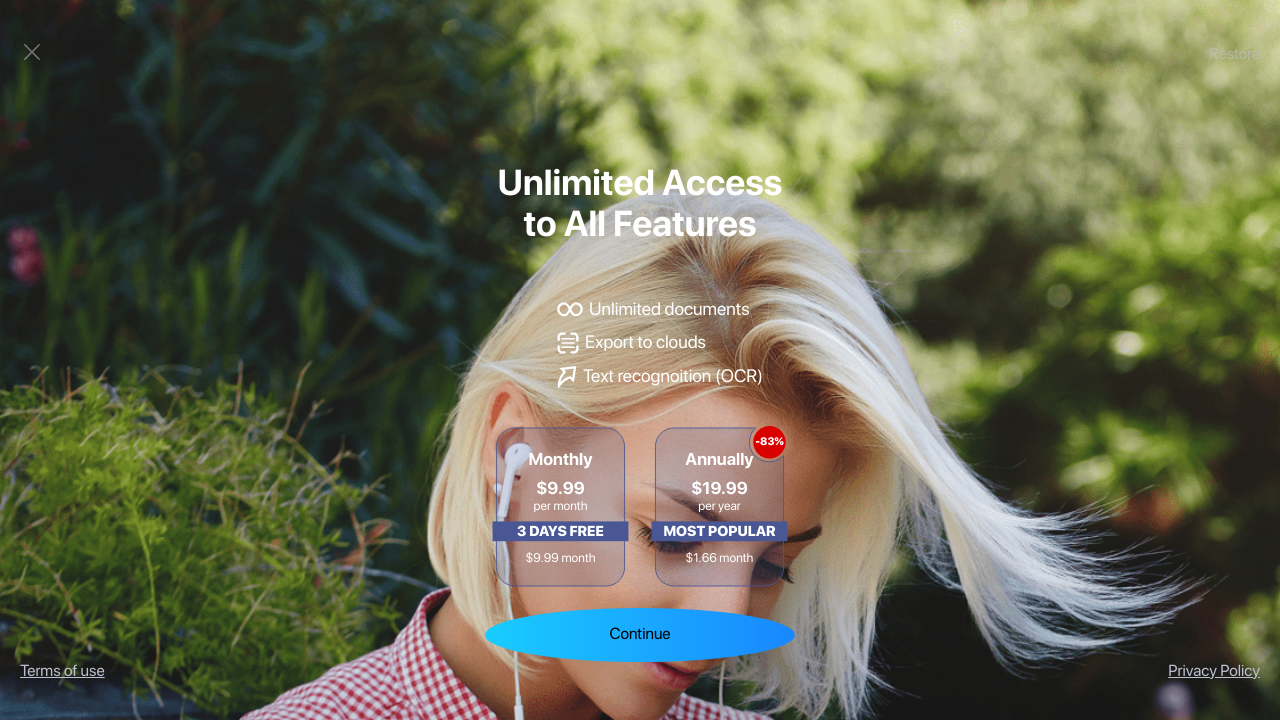
Repository: Ivan0195/bp-banner
Page: /
These files come from the project's save history. The page is drawn as it stood at one moment and after a run of saves; the edit follows.
The browser window is 1280 px wide. The pictures show the whole page.
The project was rebuilt for these pictures with package versions that can differ from the ones it lists, and the page was loaded fresh each time. Also part of the build but not shown: webpack.config.js.

Above is the page before, as saved 2023-03-17 10:47:14.

After the next 3 saves:
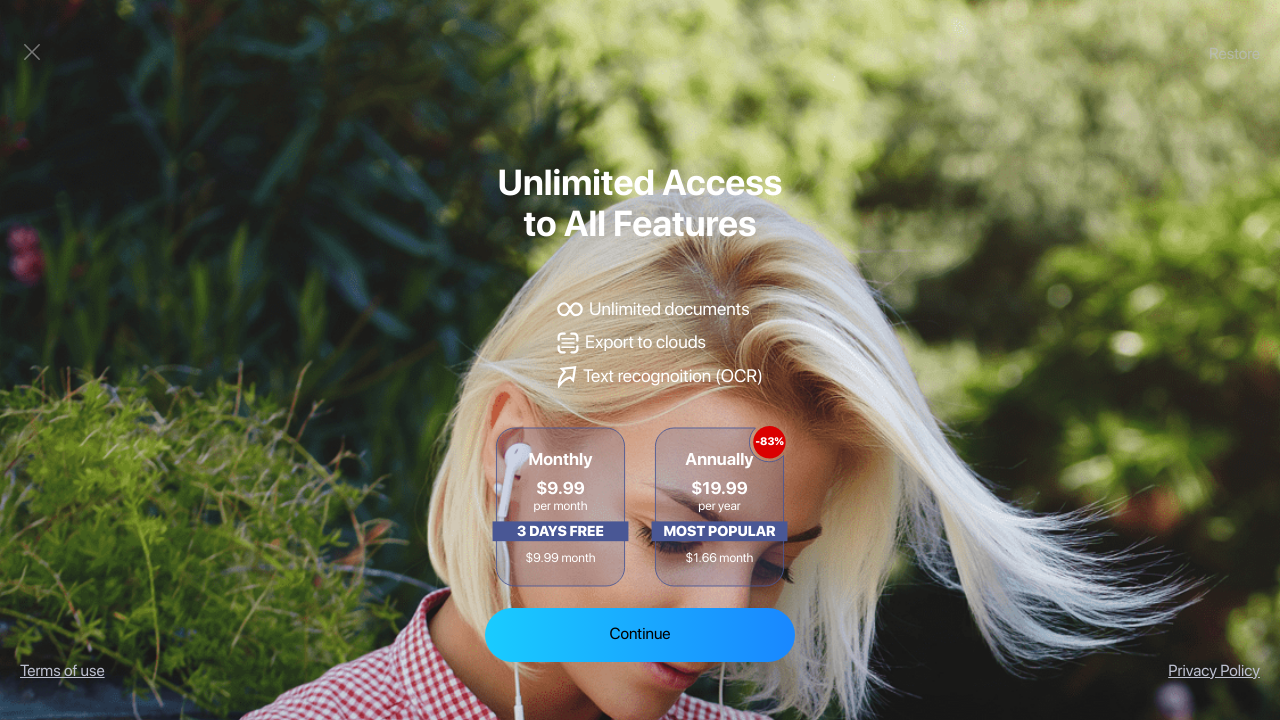
The 3 saves are shown as one change because they came seconds apart.
The last was saved 20 s later.
--- a/src/style/_style.scss
+++ b/src/style/_style.scss
@@ -140,5 +140,5 @@ opacity: 0.6;
   background: linear-gradient(270deg, #1987FF 0%, #19CCFF 100%);
   border: none;
   height: 54px;
-  border-radius: 50%;
+  border-radius: 27px;
 }
